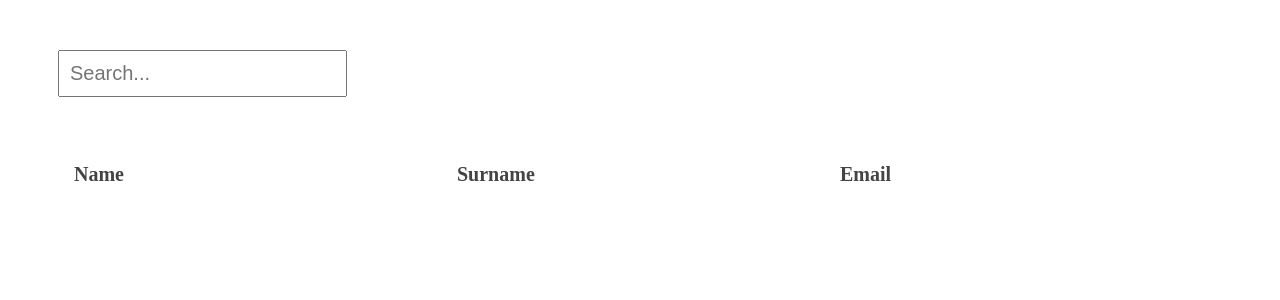
Repository: kluivert-ssali/my_search
Page: /
These files come from the project's save history. The page is drawn as it stood at one moment and after the next save; the edit follows.
The browser window is 1280 px wide. The pictures show the whole page.
The project was rebuilt for these pictures with package versions that can differ from the ones it lists, and the page was loaded fresh each time.

Above is the page before, as saved 2022-02-27 16:31:14.

After the next save:
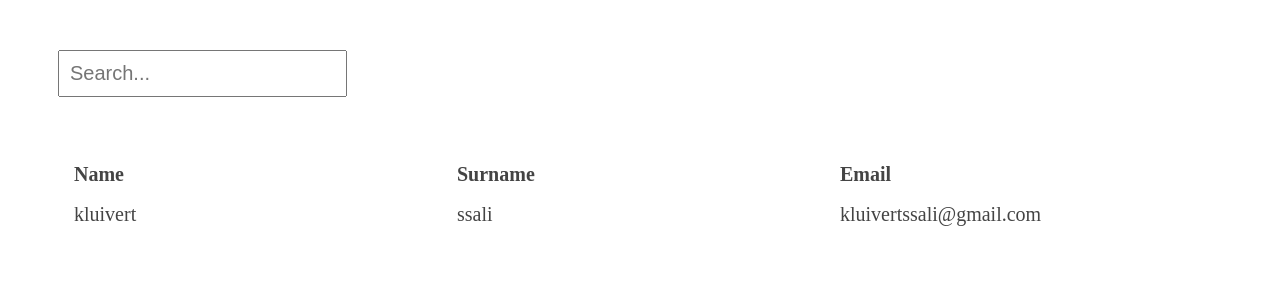
Saved 3 min 4 s later.
--- a/src/Table.jsx
+++ b/src/Table.jsx
@@ -8,7 +8,11 @@ const Table = () => {
                 <th>Name</th>
                 <th>Surname</th>
                 <th>Email</th>
-
+            </tr>
+            <tr>
+              <td>kluivert</td>
+              <td>ssali</td>
+              <td>kluivertssali@gmail.com</td>
             </tr>
         </tbody>
     </table>
